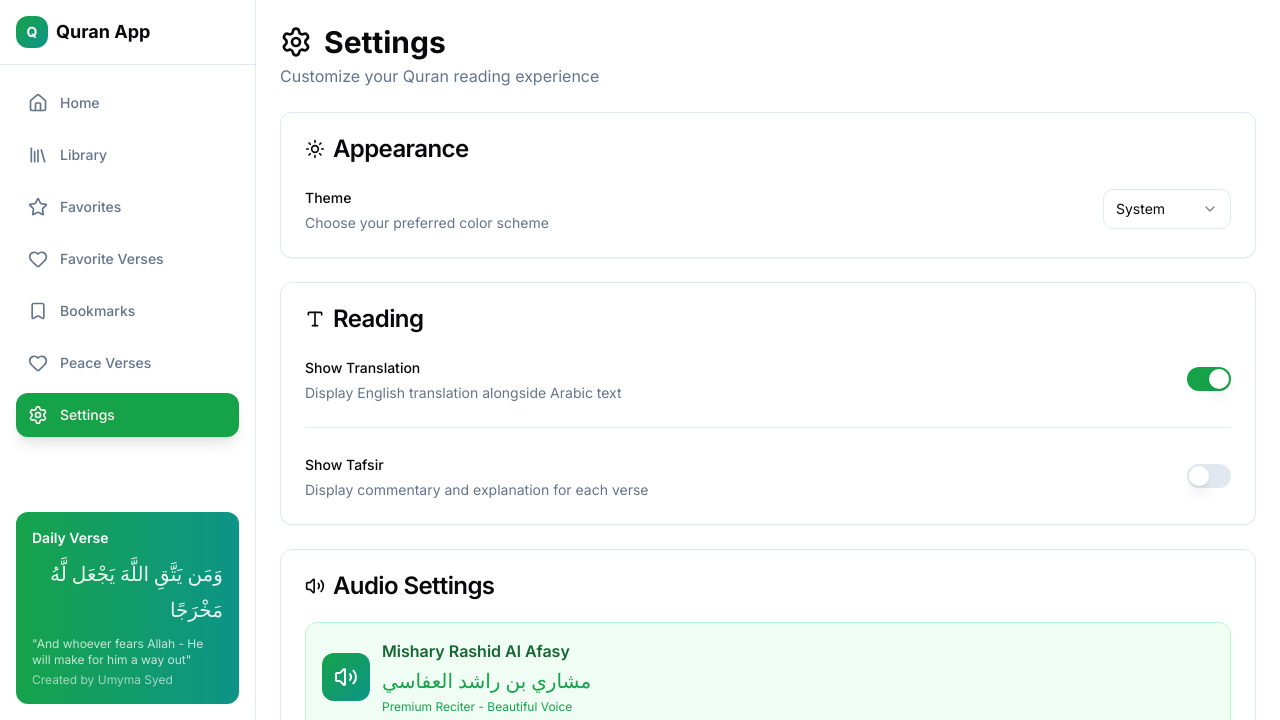
Repository: umymasyed/QuranApp
Page: /settings
The author's editor kept a copy of each file at every save. The page is drawn from the files as they stood at one save, then again after the next save.
The browser window is 1280 px wide. The pictures show the whole page.
An inner scrolling area shows only its first screen. The project was rebuilt for these pictures with package versions that can differ from the ones it lists, and the page was loaded fresh each time. The framework's server and built-in components were replaced by stand-ins that run in the browser. Also part of the build but not shown: next.config.mjs, components/audio-player.tsx.

Above is the page before, as saved 2025-07-27 12:07:01.

After the next save:
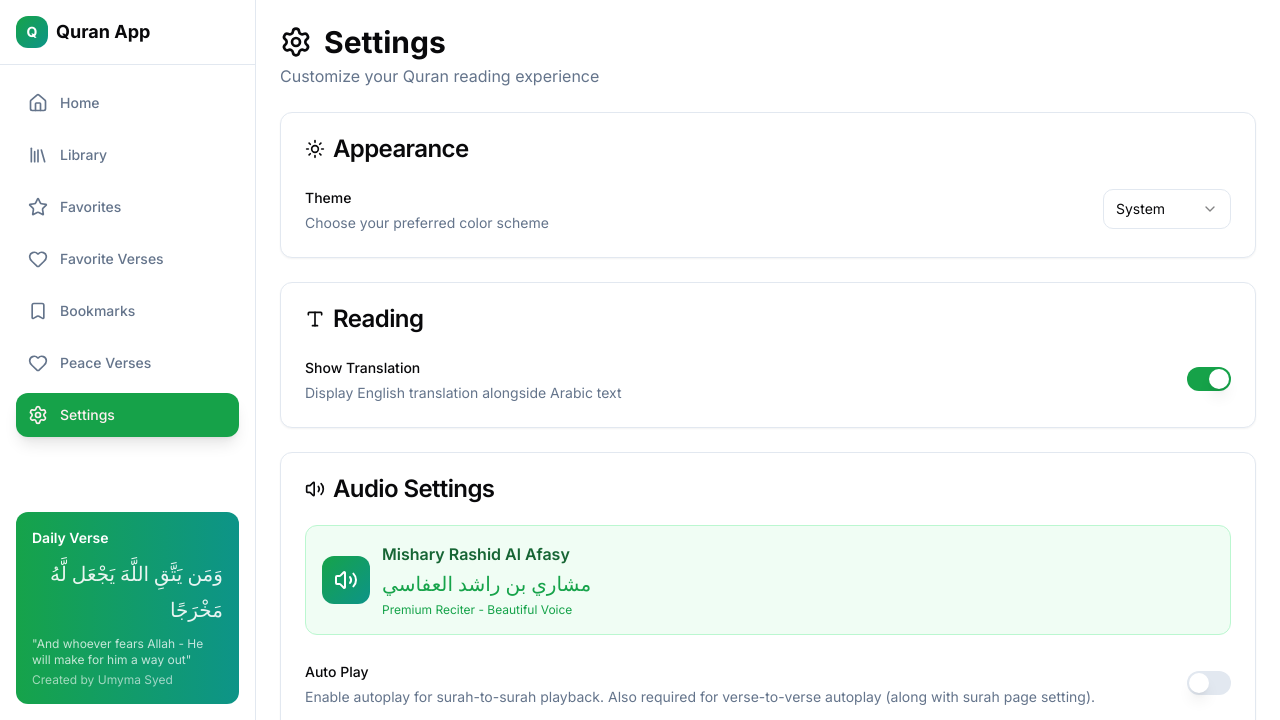
Saved 14 s later.
--- a/app/settings/page.tsx
+++ b/app/settings/page.tsx
@@ -18,7 +18,6 @@
   const [preferences, setPreferences] = useState<UserPreferences>({
     theme: "light",
     showTranslation: true,
-    showTafsir: false,
     autoPlay: false,
     surahPageVerseAutoPlay: false,
     selectedReciter: 1,
@@ -46,7 +45,6 @@
       setPreferences({
         theme: "light",
         showTranslation: true,
-        showTafsir: false,
         autoPlay: false,
         surahPageVerseAutoPlay: false,
         selectedReciter: 1,
@@ -117,19 +115,6 @@
               onCheckedChange={(checked) => updatePreference("showTranslation", checked)}
             />
           </div>
-
-          <Separator />
-
-          <div className="flex items-center justify-between">
-            <div className="space-y-1">
-              <Label>Show Tafsir</Label>
-              <p className="text-sm text-muted-foreground">Display commentary and explanation for each verse</p>
-            </div>
-            <Switch
-              checked={preferences.showTafsir}
-              onCheckedChange={(checked) => updatePreference("showTafsir", checked)}
-            />
-          </div>
         </CardContent>
       </Card>
 
@@ -256,13 +241,13 @@
             <h3 className="font-semibold">Complete Quran App</h3>
             <p className="text-sm text-muted-foreground">
               A comprehensive Quran reading and listening experience with all 114 chapters, beautiful recitation by
-              Mishary Rashid Al Afasy, translations, and Tafsir.
+              Mishary Rashid Al Afasy, and translations.
             </p>
           </div>
           <Separator />
           <div className="text-xs text-muted-foreground space-y-1">
             <p>Version 2.0.0 - Complete Edition</p>
-            <p>All 114 Surahs • Mishary Al Afasy Recitation • Tafsir Support</p>
+            <p>All 114 Surahs • Mishary Al Afasy Recitation</p>
             <p>Built with Next.js and Tailwind CSS</p>
             <p>Audio by Mishary Rashid Al Afasy (مشاري بن راشد العفاسي)</p>
             <p>Created by Umyma Syed</p>

After the 2 saves that followed:
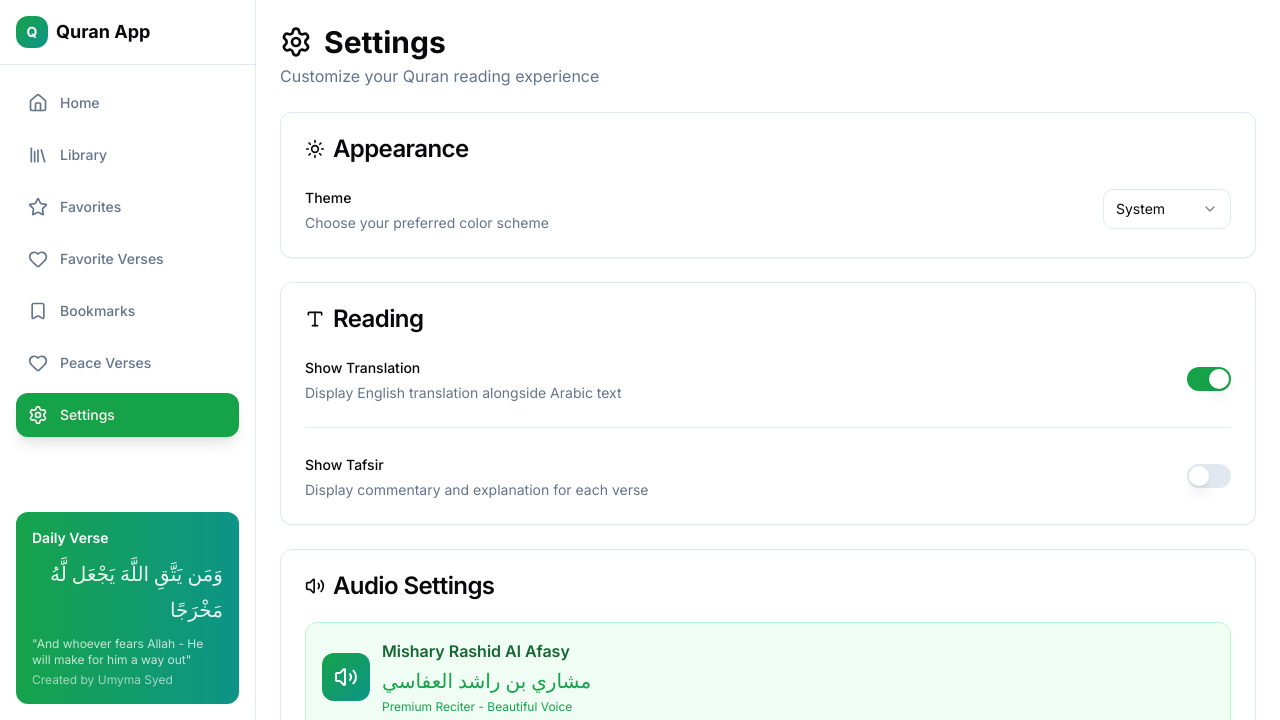
The 2 saves are shown as one change because 1 left the picture as it was.
The last was saved 5 min 10 s later.
--- a/app/settings/page.tsx
+++ b/app/settings/page.tsx
@@ -18,6 +18,7 @@
   const [preferences, setPreferences] = useState<UserPreferences>({
     theme: "light",
     showTranslation: true,
+    showTafsir: false,
     autoPlay: false,
     surahPageVerseAutoPlay: false,
     selectedReciter: 1,
@@ -45,6 +46,7 @@
       setPreferences({
         theme: "light",
         showTranslation: true,
+        showTafsir: false,
         autoPlay: false,
         surahPageVerseAutoPlay: false,
         selectedReciter: 1,
@@ -115,6 +117,19 @@
               onCheckedChange={(checked) => updatePreference("showTranslation", checked)}
             />
           </div>
+
+          <Separator />
+
+          <div className="flex items-center justify-between">
+            <div className="space-y-1">
+              <Label>Show Tafsir</Label>
+              <p className="text-sm text-muted-foreground">Display commentary and explanation for each verse</p>
+            </div>
+            <Switch
+              checked={preferences.showTafsir}
+              onCheckedChange={(checked) => updatePreference("showTafsir", checked)}
+            />
+          </div>
         </CardContent>
       </Card>
 
@@ -241,13 +256,13 @@
             <h3 className="font-semibold">Complete Quran App</h3>
             <p className="text-sm text-muted-foreground">
               A comprehensive Quran reading and listening experience with all 114 chapters, beautiful recitation by
-              Mishary Rashid Al Afasy, and translations.
+              Mishary Rashid Al Afasy, translations, and Tafsir.
             </p>
           </div>
           <Separator />
           <div className="text-xs text-muted-foreground space-y-1">
             <p>Version 2.0.0 - Complete Edition</p>
-            <p>All 114 Surahs • Mishary Al Afasy Recitation</p>
+            <p>All 114 Surahs • Mishary Al Afasy Recitation • Tafsir Support</p>
             <p>Built with Next.js and Tailwind CSS</p>
             <p>Audio by Mishary Rashid Al Afasy (مشاري بن راشد العفاسي)</p>
             <p>Created by Umyma Syed</p>
--- a/lib/storage.ts
+++ b/lib/storage.ts
@@ -84,7 +84,6 @@ export const storage = {
       return {
         theme: "light",
         showTranslation: true,
-        showTafsir: false,
         autoPlay: false,
         surahPageVerseAutoPlay: false,
         selectedReciter: 1,
@@ -98,7 +97,6 @@ export const storage = {
         JSON.stringify({
           theme: "light",
           showTranslation: true,
-          showTafsir: false,
           autoPlay: false,
           surahPageVerseAutoPlay: false,
           selectedReciter: 1,
